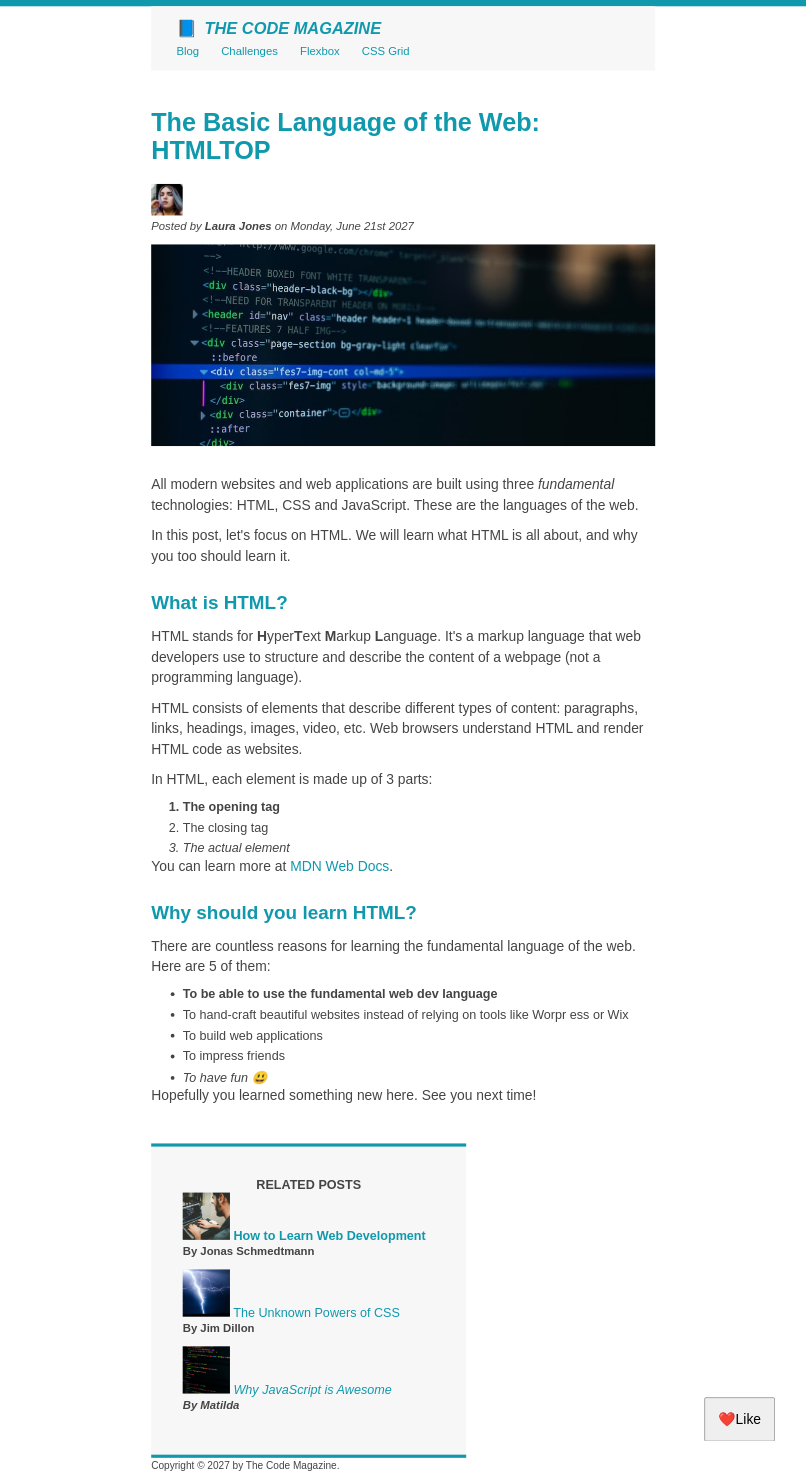
Repository: sunny070/CSS
Page: #1/index.html
An editor plug-in stored every save of this project. The page is shown before and after a run of saves, followed by the edit.
The browser window is 1280 px wide. The pictures show the whole page, at 63% of full size.

Above is the page before, as saved 2023-11-06 13:05:31.

### #1/index.html
<!DOCTYPE html>
<html lang="en">
  <head>
    <meta charset="UTF-8" />
    <title>The Basic Language of the Web: HTML</title>
    <link rel="stylesheet" href="style.css">
  </head>

  <body>
    <!--
    <h1>The Basic Language of the Web: HTML</h1>
    <h2>The Basic Language of the Web: HTML</h2>
    <h3>The Basic Language of the Web: HTML</h3>
    <h4>The Basic Language of the Web: HTML</h4>
    <h5>The Basic Language of the Web: HTML</h5>
    <h6>The Basic Language of the Web: HTML</h6>
    -->
<div class="container">
    <header class="main-header">
      <h1>📘 The Code Magazine</h1>

      <nav>
        <a href="blog.html">Blog</a>
        <a href="#">Challenges</a>
        <a href="#">Flexbox</a>
        <a href="#">CSS Grid</a>
      </nav>
    </header>

    <article>
      <!-- <p>Test</p> -->
      <header class="post-header">
        <h2>The Basic Language of the Web: HTML</h2>

        <img
          src="img/laura-jones.jpg"
          alt="Headshot of Laura Jones"
          height="50"
          width="50"

        />

        <p id="author">Posted by <strong>Laura Jones</strong> on Monday, June 21st 2027</p>

        <img
          src="img/post-img.jpg"
          alt="HTML code on a screen"
          width="500"
          height="200"
          class="post-img"
        />
  <button class="">❤️Like</button>

      </header>

      <p>
        All modern websites and web applications are built using three
        <em>fundamental</em>
        technologies: HTML, CSS and JavaScript. These are the languages of the
        web.
      </p>

      <p>
        In this post, let's focus on HTML. We will learn what HTML is all about,
        and why you too should learn it.
      </p>

      <h3>What is HTML?</h3>
      <p>
        HTML stands for <strong>H</strong>yper<strong>T</strong>ext
        <strong>M</strong>arkup <strong>L</strong>anguage. It's a markup
        language that web developers use to structure and describe the content
        of a webpage (not a programming language).
      </p>
      <p>
        HTML consists of elements that describe different types of content:
        paragraphs, links, headings, images, video, etc. Web browsers understand
        HTML and render HTML code as websites.
      </p>
      <p>In HTML, each element is made up of 3 parts:</p>

      <ol>
        <li class="first-li">The opening tag</li>
        <li>The closing tag</li>
        <li>The actual element</li>
      </ol>

      <p>
        You can learn more at
        <a
          href="https://developer.mozilla.org/en-US/docs/Web/HTML"
          target="_blank"
          >MDN Web Docs</a
        >.
      </p>

      <h3>Why should you learn HTML?</h3>

      <p>
        There are countless reasons for learning the fundamental language of the
        web. Here are 5 of them:
      </p>

      <ul>
        <li class="first-li">To be able to use the fundamental web dev language</li>
        <li>
          To hand-craft beautiful websites instead of relying on tools like
          Worpr ess or Wix
        </li>
        <li>To build web applications</li>
        <li>To impress friends</li>
        <li>To have fun 😃</li>
      </ul>

      <p>Hopefully you learned something new here. See you next time!</p>
    </article>

    <aside>
      <h4>Related posts</h4>

      <ul class="related">
        <li>
          <img
            src="img/related-1.jpg"
            alt="Person programming"
            width="75"
            width="75"
          />
          <a href="#">How to Learn Web Development</a>
          <p class="related-author">By Jonas Schmedtmann</p>
        </li>
        <li>
          <img src="img/related-2.jpg" alt="Lightning" width="75" heigth="75" />
          <a href="#">The Unknown Powers of CSS</a>
          <p class="related-author">By Jim Dillon</p>
        </li>
        <li>
          <img
            src="img/related-3.jpg"
            alt="JavaScript code on a screen"
            width="75"
            height="75"
          />
          <a href="#">Why JavaScript is Awesome</a>
          <p class="related-author">By Matilda</p>
        </li>
      </ul>
    </aside>

    <footer> <p id="copyright" class="copyright text">Copyright &copy; 2027 by The Code Magazine.</p> </footer>
  </div>
  </body>
</html>

### #1/style.css
*{
    margin:0;
    padding:0;
    box-sizing: border-box;

}

/* PAGE SECTION */
body{
    /* color:red; */
    color:#444;
    font-family: sans-serif;
    border-top:10px solid #1098ad;
    position: relative;

}
.container{
    width: 800px;
    /* margin-left: auto;
    margin-right: auto; */
    margin:0 auto;
    /* position: relative; */

}
.main-header{
    background-color:#f7f7f7 ;
    /* padding: 20px;
    padding-left: 40px;
    padding-right:40px; */
    padding:20px 40px;
    margin-bottom:60px;
    /* height:80px; */
}
nav {
    font-size: 18px;
    }

article{
    margin-bottom:60px;
}



.post-header{
    margin-bottom:40px;
    /* position: relative; */

}
aside{
    background-color:#f7f7f7;
    border-top: 5px solid #1098ad;
    border-bottom: 5px solid #1098ad;
    /* padding-top:50px;
    padding-bottom:50px; */
    padding: 50px 0;
    width:500px;

}
/* SMALLER ELEMENTS */
h1,h2,h3{
    color:#1098ad;
}

h1{

    font-size: 26px;

    text-transform: uppercase;
    font-style: italic;

}
h2{
    font-size: 40px;
    margin-bottom:30px;


}
h3{
    font-size: 30px;
    margin-bottom:20px;
    margin-top:40px;

}
h4{
    font-size:20px;
    font-family:sans-serif;
    text-transform: uppercase;
    text-align: center;
}
p{
    font-size: 22px;
    /* display:inline ; */
    line-height: 1.5;
    margin-bottom:15px;
}

ul,ol{
    margin-left:50px;
}
li{
    /* display:inline ; */
    font-size: 20px;
    margin-bottom:10px ;
}
li:last-child{
    margin-bottom: 0;
}
/* footer p{
    font-size:16px ;
} */

/* article header p{
    font-style: italic;
} */

#author{
    font-style: italic;
    font-size: 18px;
}
#copyright{
    font-size :16px;
}

.related-author{
    font-size:18px;
    font-weight:bold;
}
/* ul{
  list-style: none;
} */

.related{
    list-style: none;
}


/* .first-li{
    font-weight: bold;
} */
li:first-child{
    font-weight: bold;
}

li:last-child{
    font-style: italic;
}
li:nth-child(even){
    /* color:red; */
}

/* Misconception this won't work */
article p:first-child{
    color:red;
}

/* Style Links */
a:link{
    color:#1098ad;
    text-decoration: none;
}
a:visited{
    /* color:#777;
     */
     color: #1098ad;
}
a:hover{
    cursor: pointer;
    color:orange;
    font-weight: bold;
    text-decoration: underline orangered;
}
a:active{
    background-color:black;
    font-style: italic;
}
/* LVHA */

.post-img{
    width:100%;
    height: auto;
    /* margin: 100px; */
}
nav a:link{
    /* background-color: orangered;
    margin: 20px;
    padding: 20px;
    display: block; */
    margin-right:30px ;
    margin-top:10px;
    display: inline-block;
}
nav a:link:last-child{
    margin-right: 0;
}
button{
    font-size: 22px;
    padding: 20px;
    cursor:pointer;
    position: absolute;
    /* top: 50px;
    left: 50px; */
    bottom: 50px;
    right: 50px;
}
h1::first-letter{
    font-style:normal;
    margin-right:5px;
}
h3 + p::first-line{
    /* color:red;  */
}

h2::after{
    content:"TOP";
}
/* resolving conflicts */
/* #copyright{
    color:red;
}
.copyright{
    color:blue;
}
.text{
    color:yellow;
}

footer p{
    color: #000;
} */

After the next 8 saves:
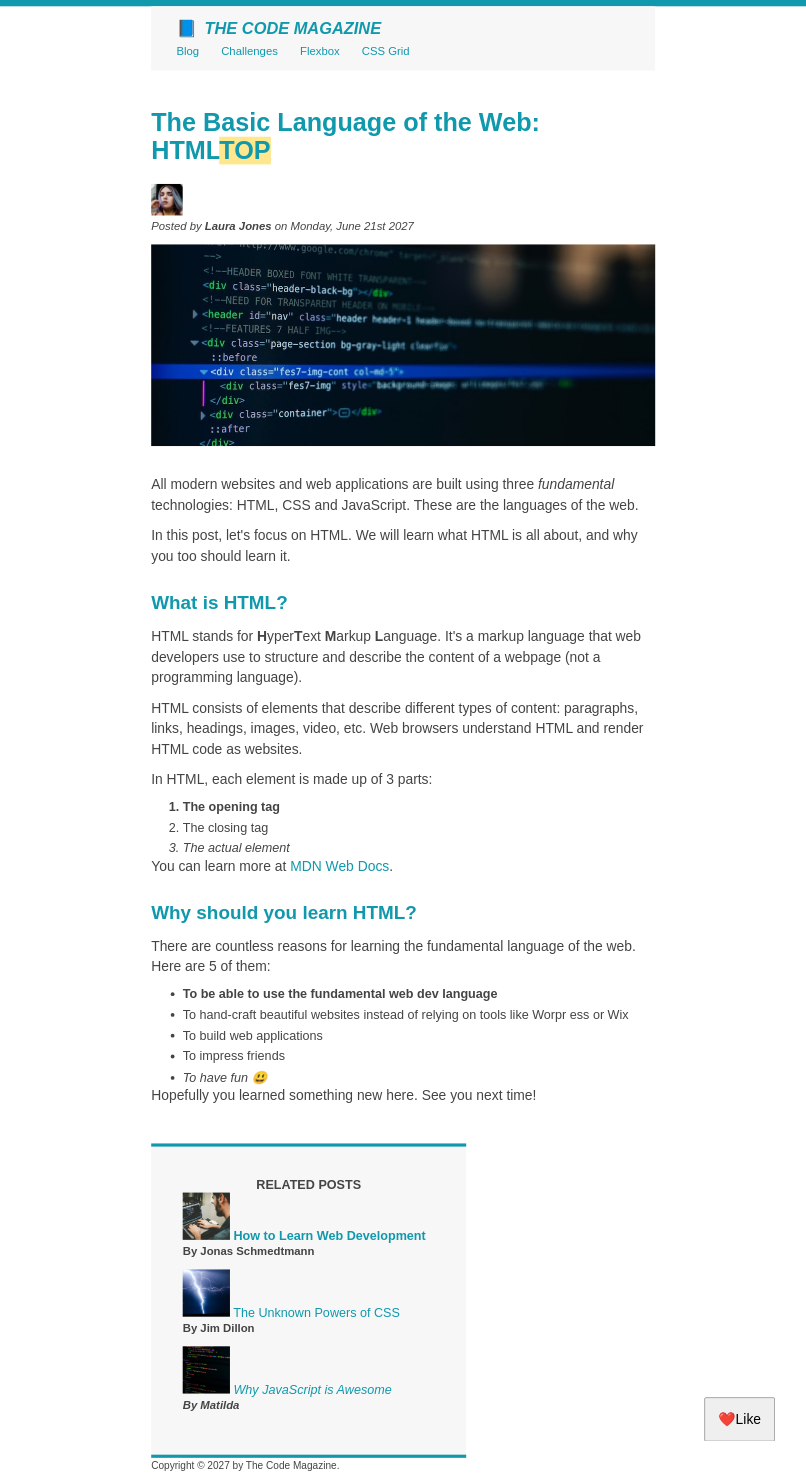
The 8 saves are shown as one change because they came seconds apart.
The last was saved 58 s later.
--- a/#1/style.css
+++ b/#1/style.css
@@ -212,6 +212,7 @@ h3 + p::first-line{
 
 h2::after{
     content:"TOP";
+    background-color:#ffe78e
 }
 /* resolving conflicts */
 /* #copyright{
